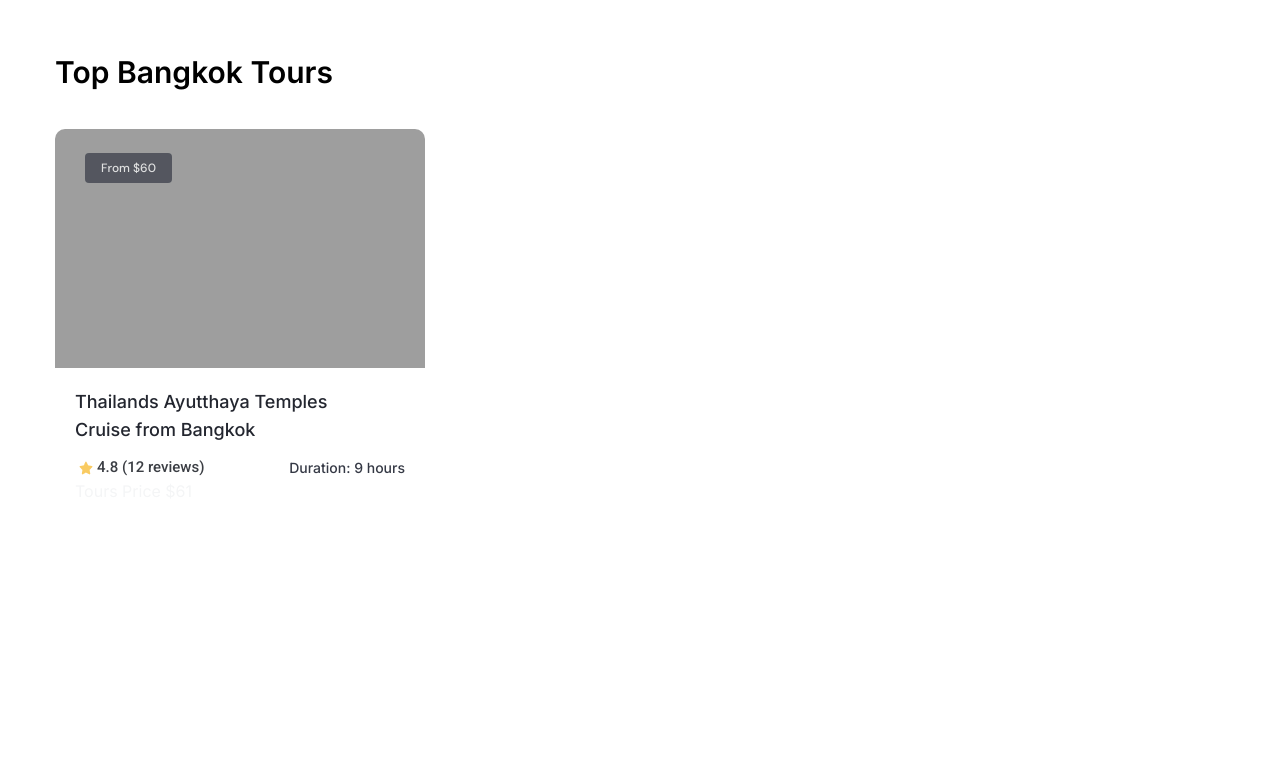
Repository: man0405/practice-web
Page: index.html
The author's editor kept a copy of each file at every save. The page is drawn from the files as they stood at one save, then again after the next save.
The browser window is 1280 px wide. The pictures show the whole page.
Pictures or frames that could not be fetched are drawn as grey boxes. Some web fonts or font styles are not loaded; a fallback is used.

Above is the page before, as saved 2023-03-29 11:02:47.

### index.html
<!DOCTYPE html>
<html lang="en">
  <head>
    <meta charset="UTF-8" />
    <meta http-equiv="X-UA-Compatible" content="IE=edge" />
    <meta name="viewport" content="width=device-width, initial-scale=1.0" />
    <title>Practice Website</title>
    <link rel="stylesheet" href="./main.css" />
    <link rel="preconnect" href="https://fonts.googleapis.com" />
    <link rel="preconnect" href="https://fonts.gstatic.com" crossorigin="" />
    <link
      href="https://fonts.googleapis.com/css2?family=Delicious+Handrawn&amp;family=Inter:wght@100;200;300;400;500;600;700;800;900&amp;family=Pacifico&amp;family=Roboto:ital,wght@0,100;0,300;0,400;0,500;0,700;0,900;1,100;1,300;1,400;1,500;1,700;1,900&amp;display=swap"
      rel="stylesheet"
    />
    <link rel="preconnect" href="https://fonts.googleapis.com" />
    <link rel="preconnect" href="https://fonts.gstatic.com" crossorigin="" />
    <link
      href="https://fonts.googleapis.com/css2?family=DM+Sans:wght@500&amp;family=Delicious+Handrawn&amp;family=Inter:wght@100;200;300;400;500;600;700;800;900&amp;family=Pacifico&amp;family=Roboto:ital,wght@0,100;0,300;0,400;0,500;0,700;0,900;1,100;1,300;1,400;1,500;1,700;1,900&amp;display=swap"
      rel="stylesheet"
    />
    <link rel="preconnect" href="https://fonts.googleapis.com" />
    <link rel="preconnect" href="https://fonts.gstatic.com" crossorigin="" />
    <link
      href="https://fonts.googleapis.com/css2?family=DM+Sans:wght@500&amp;family=Delicious+Handrawn&amp;family=Inter:wght@100;200;300;400;500;600;700;800;900&amp;family=Pacifico&amp;family=Roboto:ital,wght@0,100;0,300;0,400;0,500;0,700;0,900;1,100;1,300;1,400;1,500;1,700;1,900&amp;display=swap"
      rel="stylesheet"
    />
    <link rel="preconnect" href="https://fonts.googleapis.com" />
    <link rel="preconnect" href="https://fonts.gstatic.com" crossorigin />
    <link
      href="https://fonts.googleapis.com/css2?family=DM+Sans:wght@500&family=Delicious+Handrawn&family=Inter:wght@100;200;300;400;500;600;700;800;900&family=Pacifico&family=Roboto:ital,wght@0,100;0,300;0,400;0,500;0,700;0,900;1,100;1,300;1,400;1,500;1,700;1,900&display=swap"
      rel="stylesheet"
    />
  </head>
  <body>
    <section class="top-tour">
      <div class="container">
        <h2 class="heading">Top Bangkok Tours</h2>
        <div class="tour-list">
          <div class="tour-item">
            <div class="tour-top">
              <img
                class="tour-image"
                src="https://source.unsplash.com/random"
                alt="tour-image"
              /><span class="tour-price">From $60</span>
            </div>
            <div class="tour-contents">
              <h3 class="tour-title">
                Thailands Ayutthaya Temples Cruise from Bangkok
              </h3>
              <div class="tour-rating">
                <div class="tour-review">
                  <div class="tour-star">
                    <img src="./img/star.png" alt="tour-rating" />
                  </div>
                  <div class="tour-review-count">4.8 (12 reviews)</div>
                </div>
                <div class="tour-duration">Duration: 9 hours</div>
              </div>
              <a
                class="tour-button"
                href="#"
                target="_blank"
                rel="noopener noreferrer"
                >Tours Price $61</a
              >
            </div>
          </div>
        </div>
      </div>
    </section>
  </body>
</html>

### main.css
*,
*:before,
*:after {
  box-sizing: border-box;
}
* {
  margin: 0;
  padding: 0;
  font: inherit;
}
img,
picture,
svg,
video {
  display: block;
  max-width: 100%;
}
body {
  font-family: "Inter", sans-serif;
  min-height: 100vh;
}

:root {
  --text-color: #fcfcfd;
  --primary-color: #3b71fe;
  --gray-1: #23262f;
  --gray-2: #353945;
  --gray-6: #f4f5f6;
}

.container {
  width: 1170px;
  margin: 50px auto;
}

.heading {
  font-size: 30px;
  font-weight: 600;
  line-height: 1.5;
  margin-bottom: 34px;
}

.tour-item {
  border-radius: 10px;
  width: 370px;
}

.tour-top {
  width: 100%;
  height: 239px;
  position: relative;
  margin-bottom: 20px;
}

.tour-image {
  width: 100%;
  height: 100%;
  border-top-right-radius: 10px;
  border-top-left-radius: 10px;
  object-fit: cover;
}

.tour-price {
  position: absolute;
  top: 24px;
  left: 30px;
  color: var(--text-color);
  background-color: var(--gray-2);
  padding: 5px 16px;
  opacity: 0.7;
  border-radius: 4px;

  font-size: 12px;
  font-weight: 500;
  font-family: "DM Sans";
  line-height: 1.6667;
}

.tour-contents {
  margin-left: 20px;
  margin-right: 20px;
}

.tour-title {
  max-width: 258px;
  font-size: 18px;
  font-weight: 500;
  line-height: 1.5667;
  margin-bottom: 10px;
  color: var(--gray-1);
  display: -webkit-box;
  -webkit-line-clamp: 2;
  -webkit-box-orient: vertical;
  overflow: hidden;
  text-overflow: ellipsis;
  word-break: break-word;
}

.tour-rating {
  display: flex;
  justify-content: space-between;
  align-items: center;
}

.tour-review {
  display: flex;
  align-items: center;
}

.tour-review-count {
  font-family: "Roboto", sans-serif;
  font-size: 15px;
  font-weight: 500;
  line-height: 1.8;
  color: #3b3e44;
}

.tour-duration {
  font-family: "Inter";
  font-weight: 500;
  font-size: 14px;
  line-height: 1.428;
  color: var(--gray-2);
}

.tour-button {
  text-decoration: none;
  color: var(--gray-6);
  background-color: ;
}

After the next save:
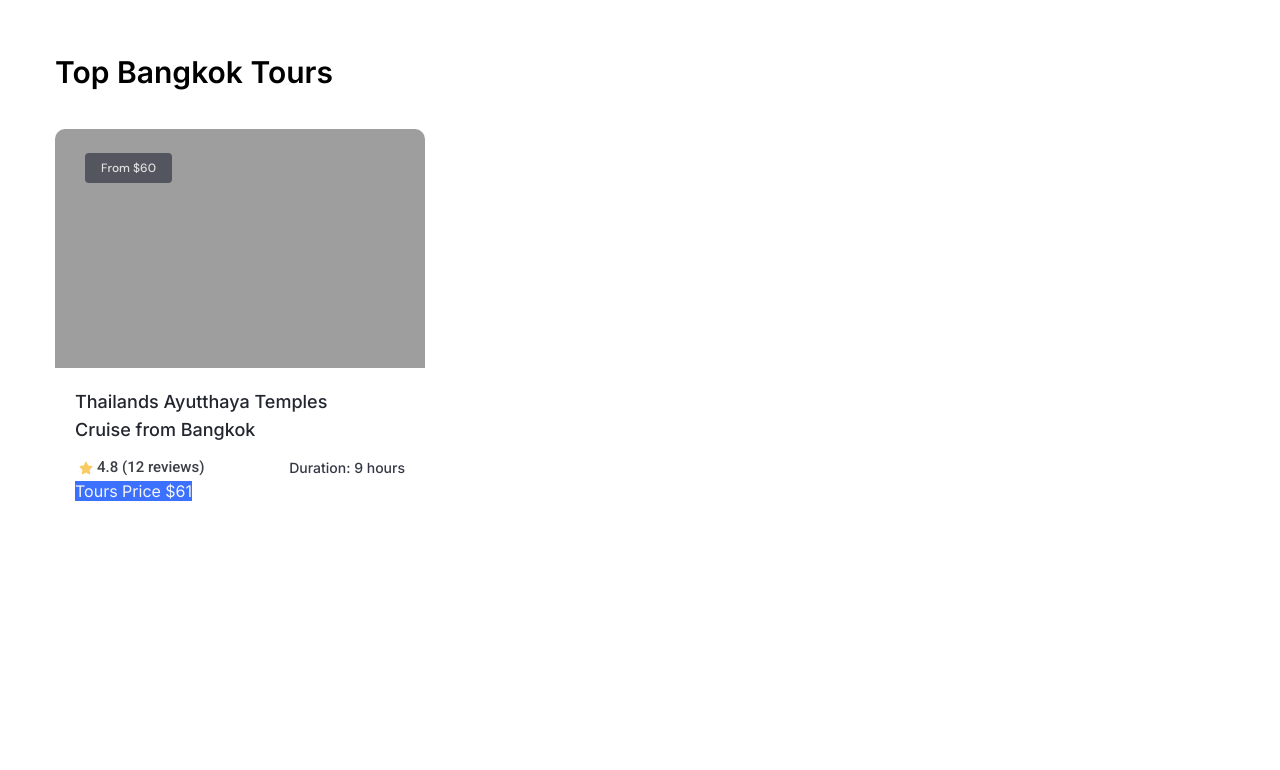
Saved 113 s later.
--- a/main.css
+++ b/main.css
@@ -126,5 +126,5 @@ body {
 .tour-button {
   text-decoration: none;
   color: var(--gray-6);
-  background-color: ;
+  background-color: var(--primary-color);
 }
